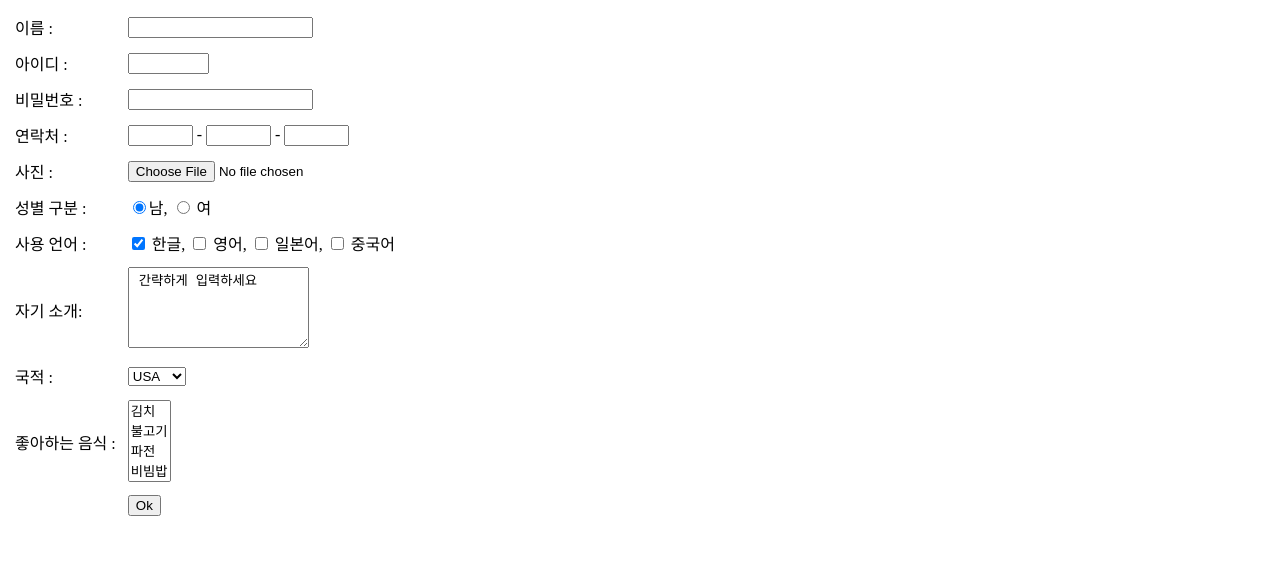
Repository: bjKim2/JSP
Page: HTML/src/main/webapp/Ex03.html
An editor plug-in stored every save of this project. The page is shown before and after the next save, followed by the edit.
The browser window is 1280 px wide. The pictures show the whole page.

Above is the page before, as saved 2022-03-15 05:42:20.

After the next save:
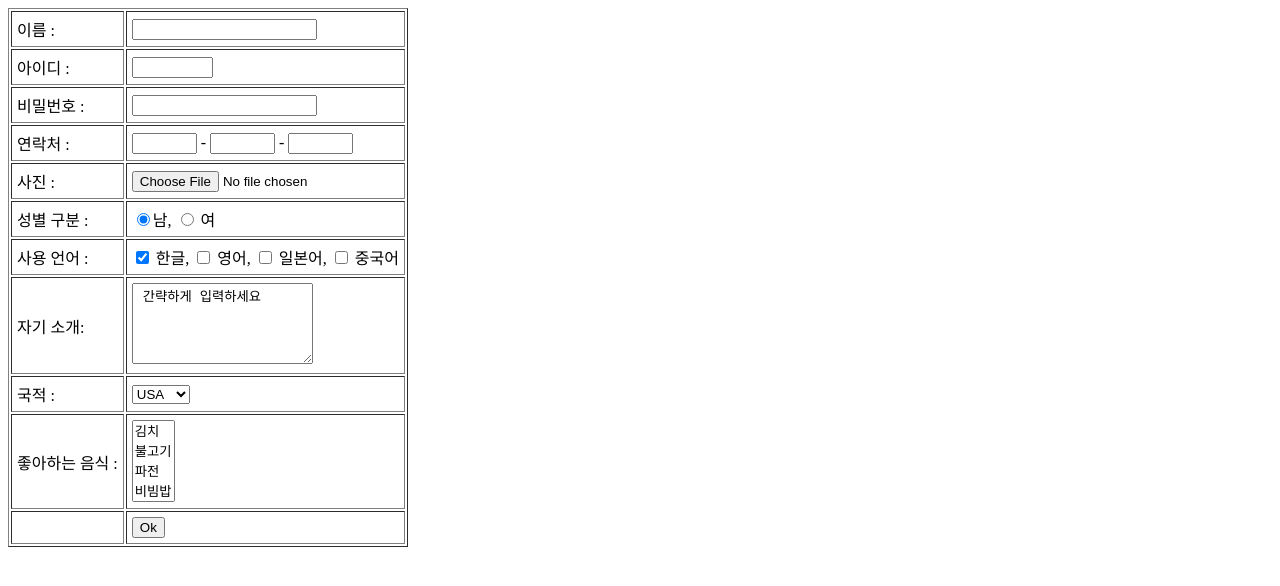
Saved 27 s later.
--- a/HTML/src/main/webapp/Ex03.html
+++ b/HTML/src/main/webapp/Ex03.html
@@ -6,7 +6,7 @@
 </head>
 <body>
 	<form action = '#' method='get'>
-		<table cellpadding = '5'>
+		<table border = '1' cellpadding = '5'>
 			<tr>
 				<td>
 					이름 :
